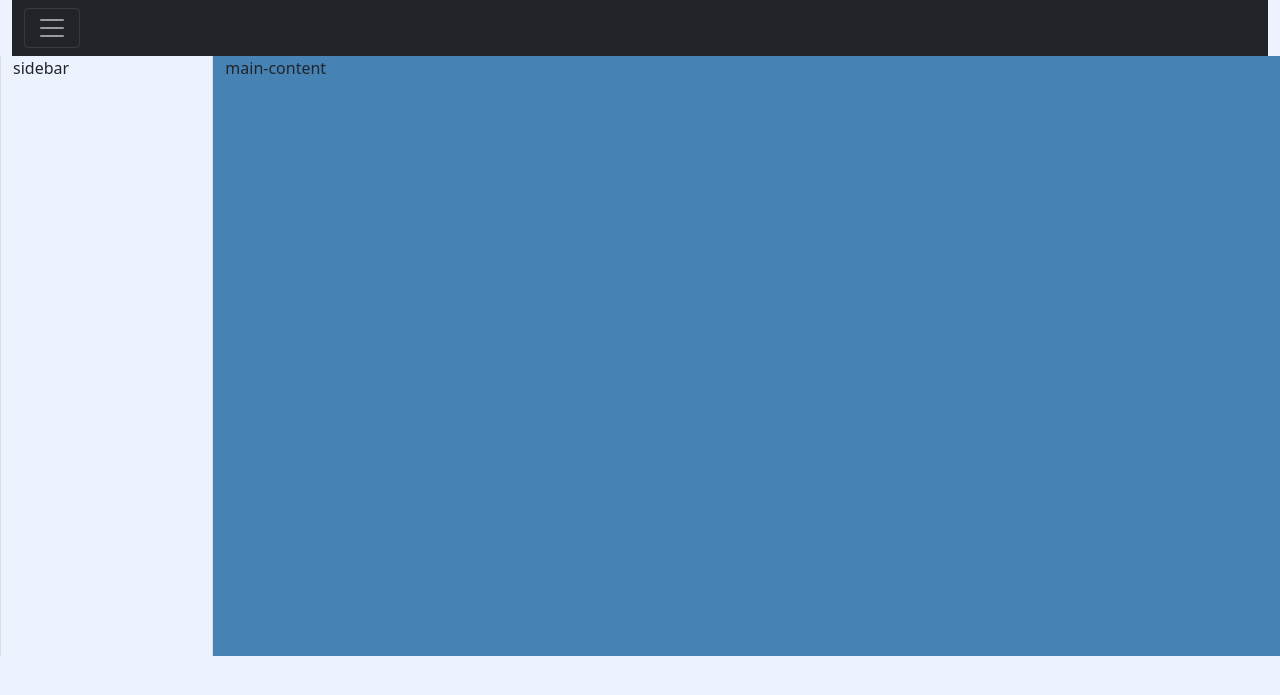
Repository: Dayvid0/BOOTSTRAP-TUTORIALS
Page: cosmos.example.html
An editor plug-in stored every save of this project. The page is shown before and after the next save, followed by the edit.
The browser window is 1280 px wide. The pictures show the whole page.

Above is the page before, as saved 2025-01-29 09:07:15.

### cosmos.example.html
<!doctype html>
<html lang="en">
  <head>
    <!-- Required meta tags -->
    <meta charset="utf-8">
    <meta name="viewport" content="width=device-width, initial-scale=1">
    <!-- Bootstrap CSS -->
    <link href="https://cdn.jsdelivr.net/npm/bootstrap@5.0.2/dist/css/bootstrap.min.css" rel="stylesheet" integrity="sha384-EVSTQN3/azprG1Anm3QDgpJLIm9Nao0Yz1ztcQTwFspd3yD65VohhpuuCOmLASjC" crossorigin="anonymous">
    <title>Cosmos-example</title>
    <style>
      body {
        background-color: #ecf3ff;
      }
      .main-content {
        background-color: #4682b4 ;
      }
      .sidebar {
        min-height: 600px;
        border-right: 1px solid;
        border-right: 1px solid #ddd;
        border-left: 1px solid #ddd;
      }
    </style>
  </head>
  <body>
<div class="container-fluid">
  <!--navbar-->
  <div class="collapse" id="navbarToggleExternalContent">
    <div class="bg-dark p-4">
      <h5 class="text-white h4">Collapsed content</h5>
      <span class="text-muted">Toggleable via the navbar brand.</span>
    </div>
  </div>
  <nav class="navbar navbar-dark bg-dark">
    <div class="container-fluid">
      <button class="navbar-toggler" type="button" data-bs-toggle="collapse" data-bs-target="#navbarToggleExternalContent" aria-controls="navbarToggleExternalContent" aria-expanded="false" aria-label="Toggle navigation">
        <span class="navbar-toggler-icon"></span>
      </button>
    </div>
  </nav>
</div>
<div class="container-fluid">
  <div class="row">
    <div class="sidebar col-md-2">
      sidebar
    </div>
    <div class="main-content col-md-10 ">
      main-content
    </div>
  </div>
</div>
    <script src="https://cdn.jsdelivr.net/npm/bootstrap@5.0.2/dist/js/bootstrap.bundle.min.js" integrity="sha384-MrcW6ZMFYlzcLA8Nl+NtUVF0sA7MsXsP1UyJoMp4YLEuNSfAP+JcXn/tWtIaxVXM" crossorigin="anonymous"></script>
  </body>
</html>

After the next save:
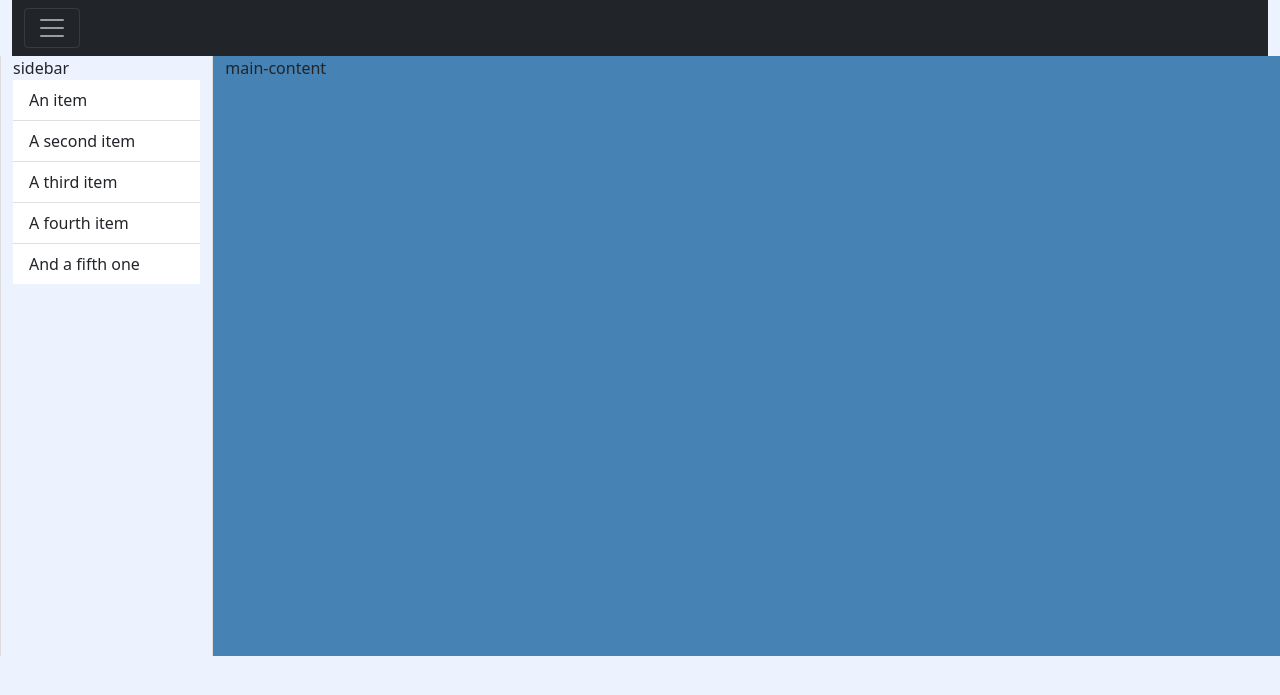
Saved 93 s later.
--- a/cosmos.example.html
+++ b/cosmos.example.html
@@ -43,6 +43,13 @@
   <div class="row">
     <div class="sidebar col-md-2">
       sidebar
+      <ul class="list-group list-group-flush">
+        <li class="list-group-item">An item</li>
+        <li class="list-group-item">A second item</li>
+        <li class="list-group-item">A third item</li>
+        <li class="list-group-item">A fourth item</li>
+        <li class="list-group-item">And a fifth one</li>
+      </ul>
     </div>
     <div class="main-content col-md-10 ">
       main-content
